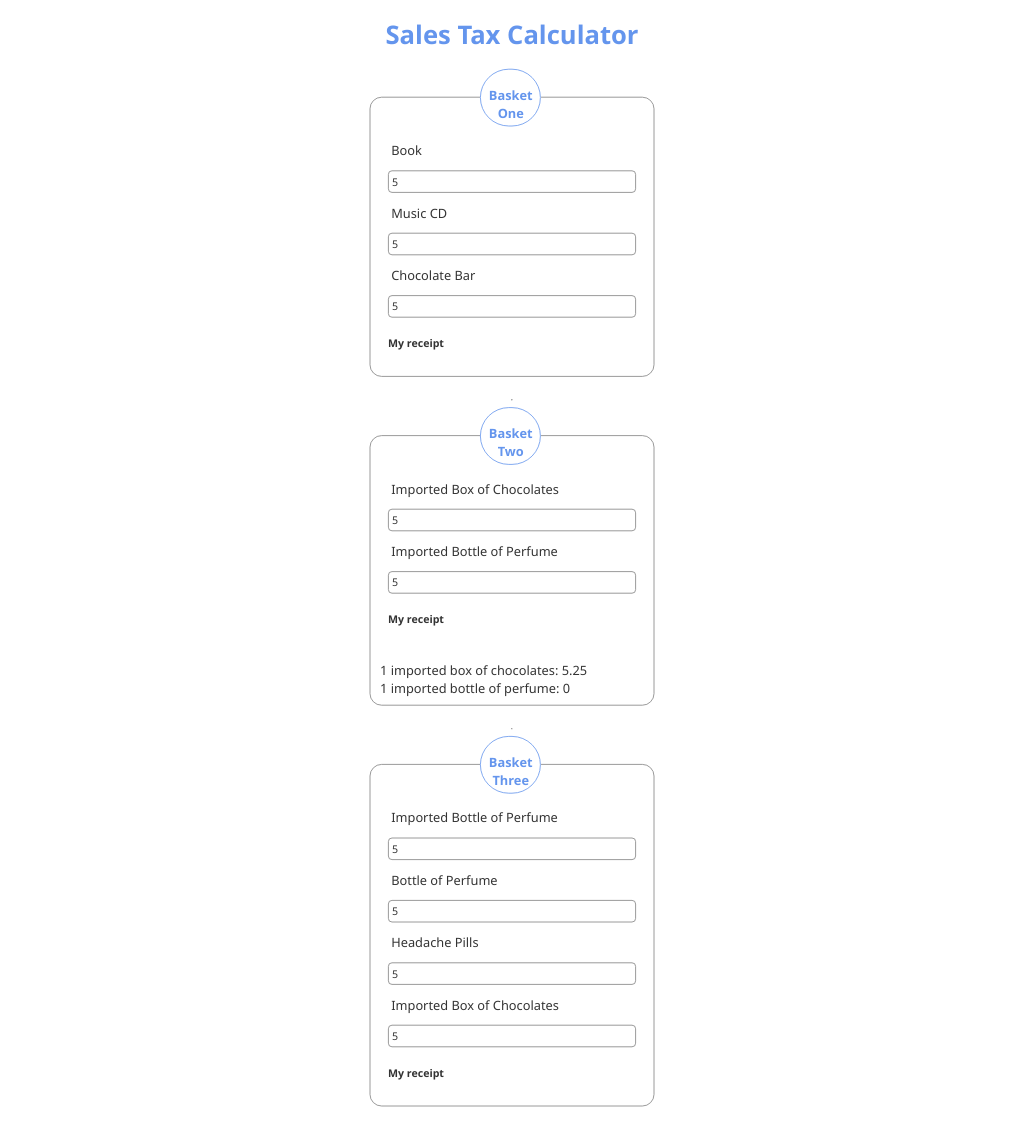
Repository: duzzisantos/sales-tax
Page: index.html
These files come from the project's save history. The page is drawn as it stood at one moment and after the next save; the edit follows.
The browser window is 1280 px wide. The pictures show the whole page, at 80% of full size.
Empty fields were first filled with sample values (such as "Sample", 5 or name@example.com).
After loading, the first visible `#imported-box-chocolate` was changed once.

Above is the page before, as saved 2022-05-25 22:54:03.

After the next save:
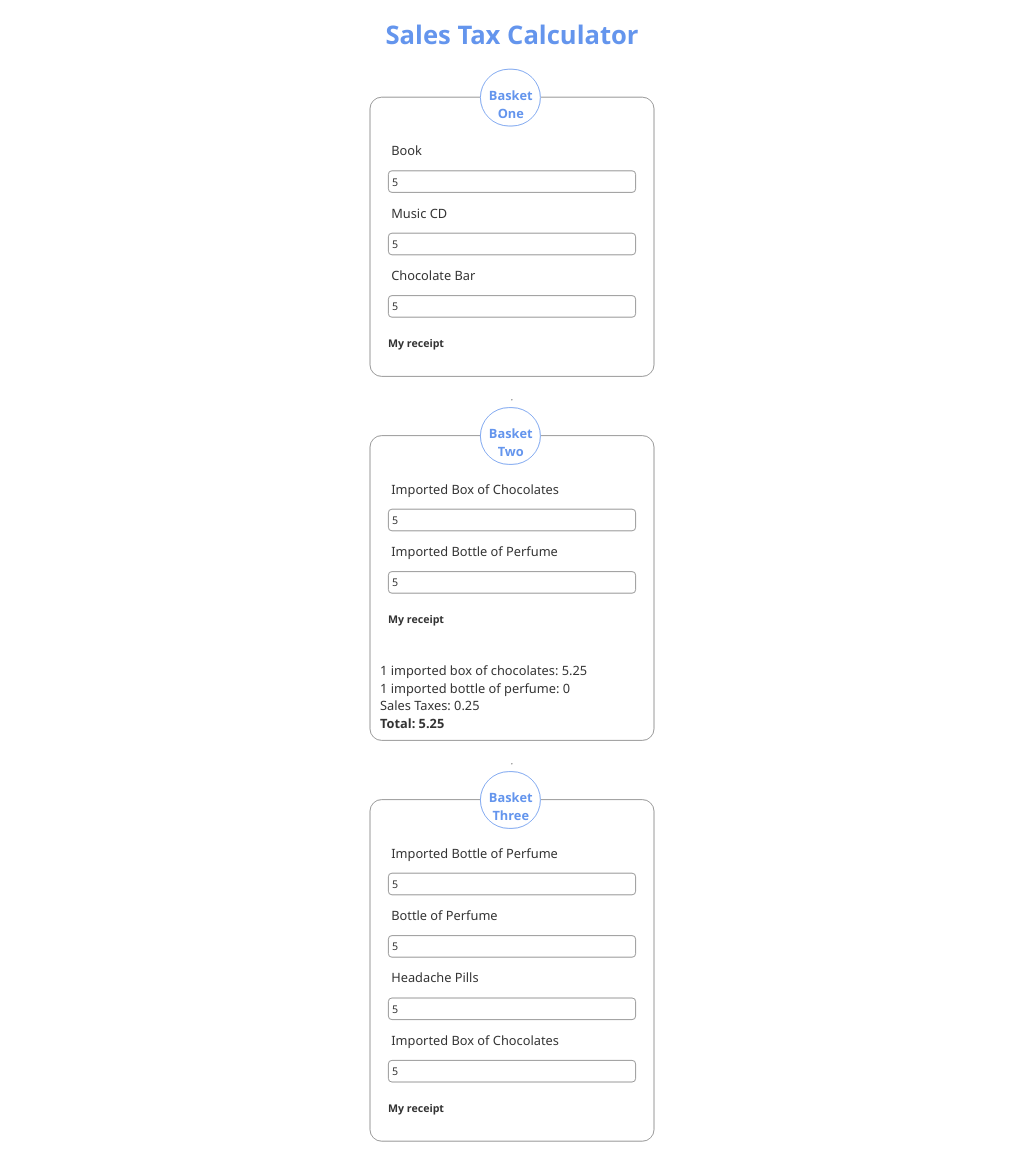
Saved 58 s later.
--- a/second.js
+++ b/second.js
@@ -35,5 +35,5 @@ const basketTwo = () => {
   const listTwo = document.getElementById("listTwo")
   listTwo.innerHTML = `<br>1 imported box of chocolates:
    ${importedChocolatePlusTax}<br>1 imported bottle of perfume: ${importedPerfume2PlusTax}
-   <br>`
+   <br>Sales Taxes: ${roundedTaxes}<br><b>Total: ${roundedPayment}</b><br>`
 };
